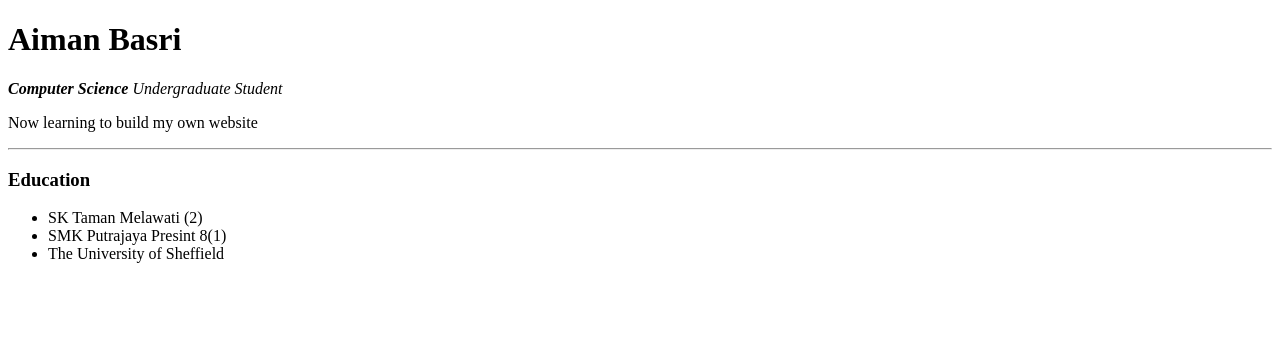
Repository: aimanbasri/Web-Development-Bootcamp
Page: HTML - Personal Site/index.html
An editor plug-in stored every save of this project. The page is shown before and after a run of saves, followed by the edit.
The browser window is 1280 px wide. The pictures show the whole page.

Above is the page before, as saved 2019-12-29 01:10:56.

After the next 3 saves:
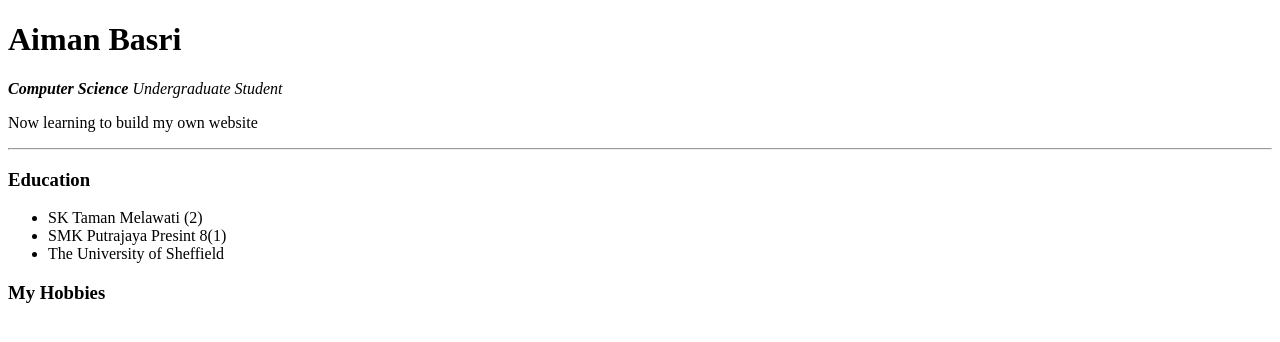
The 3 saves are shown as one change because they came seconds apart.
The last was saved 50 s later.
--- a/HTML - Personal Site/index.html
+++ b/HTML - Personal Site/index.html
@@ -17,5 +17,6 @@
         <li>SMK Putrajaya Presint 8(1)</li>
         <li>The University of Sheffield</li>
     </ul>
+    <h3> My Hobbies</h3>
 </body>
 </html>
